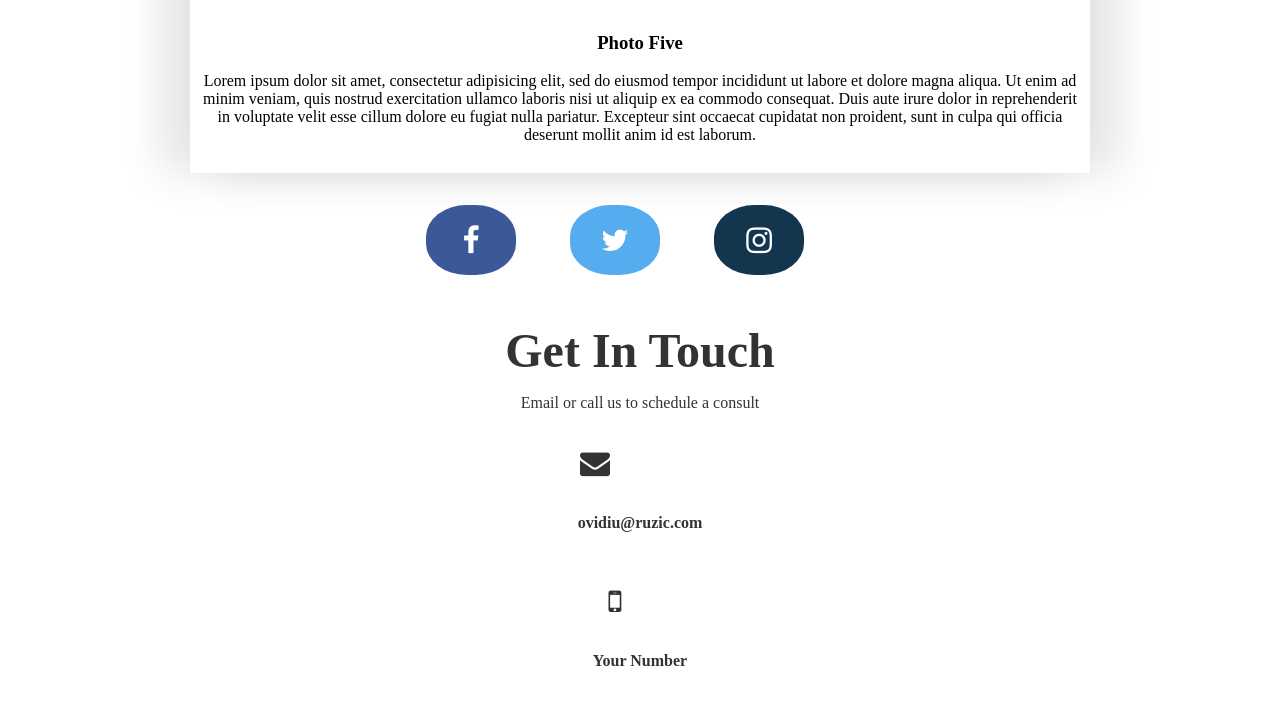
Repository: konstantin0s/mobile-photography
Page: index.html
These files come from the project's save history. The page is drawn as it stood at one moment and after the next save; the edit follows.
The browser window is 1280 px wide. The pictures show the part of the page from y = 4062 to 4788 px (the page is 4788 px tall).

Above is the page before, as saved 2019-05-11 15:06:59.

### index.html
<!DOCTYPE html>
<html lang="en" dir="ltr">
  <head>
    <meta charset="utf-8">
    <meta name="viewport" content="width=device-width, initial-scale=1.0">
    <meta http-equiv="X-UA-Compatible" content="ie=edge">
    <link rel="stylesheet" href="https://cdnjs.cloudflare.com/ajax/libs/font-awesome/4.7.0/css/font-awesome.min.css">
    <link rel="stylesheet" href="css/style.css">

    <title>Mobile Photography</title>
  </head>
  <body>
<main>
  <div id="landing" class="">
    <div id="landing-text" class="">
      <div id="landing-text-inner" class="">
       <img id="logo" src="img/logos.png" />
       <h1>Photography</h1>
        <a href="#images" class="btn" id="view-work">
          View Work
        </a>
      </div>
    </div>
    <div id="landing-image" class="">

    </div>
  </div>

  <div id="images" class="">
<div id="header">
  <h2>Our Work</h2>
</div>
<img src="https://source.unsplash.com/1600x900/?nature,water" alt="">
<div class="caption">
  <h3>Photo One</h3>
  <p>
    Lorem ipsum dolor sit amet, consectetur adipisicing elit, sed do eiusmod tempor incididunt ut labore et dolore magna aliqua. Ut enim ad minim veniam, quis nostrud exercitation ullamco laboris nisi ut aliquip ex ea commodo consequat. Duis aute irure dolor in reprehenderit in voluptate velit esse cillum dolore eu fugiat nulla pariatur. Excepteur sint occaecat cupidatat non proident, sunt in culpa qui officia deserunt mollit anim id est laborum.

  </p>
</div>

<img src="https://source.unsplash.com/1600x900/?nature,clouds" alt="">
<div class="caption">
  <h3>Photo Two</h3>
  <p>
    Lorem ipsum dolor sit amet, consectetur adipisicing elit, sed do eiusmod tempor incididunt ut labore et dolore magna aliqua. Ut enim ad minim veniam, quis nostrud exercitation ullamco laboris nisi ut aliquip ex ea commodo consequat. Duis aute irure dolor in reprehenderit in voluptate velit esse cillum dolore eu fugiat nulla pariatur. Excepteur sint occaecat cupidatat non proident, sunt in culpa qui officia deserunt mollit anim id est laborum.

  </p>
</div>

<img src="https://source.unsplash.com/1600x900/?nature,animals" alt="">
<div class="caption">
  <h3>Photo Three</h3>
  <p>
    Lorem ipsum dolor sit amet, consectetur adipisicing elit, sed do eiusmod tempor incididunt ut labore et dolore magna aliqua. Ut enim ad minim veniam, quis nostrud exercitation ullamco laboris nisi ut aliquip ex ea commodo consequat. Duis aute irure dolor in reprehenderit in voluptate velit esse cillum dolore eu fugiat nulla pariatur. Excepteur sint occaecat cupidatat non proident, sunt in culpa qui officia deserunt mollit anim id est laborum.

  </p>
</div>

<img src="https://source.unsplash.com/1600x900/?nature,trees" alt="">
<div class="caption">
  <h3>Photo Four/h3>
  <p>
    Lorem ipsum dolor sit amet, consectetur adipisicing elit, sed do eiusmod tempor incididunt ut labore et dolore magna aliqua. Ut enim ad minim veniam, quis nostrud exercitation ullamco laboris nisi ut aliquip ex ea commodo consequat. Duis aute irure dolor in reprehenderit in voluptate velit esse cillum dolore eu fugiat nulla pariatur. Excepteur sint occaecat cupidatat non proident, sunt in culpa qui officia deserunt mollit anim id est laborum.

  </p>
</div>

<img src="https://source.unsplash.com/1600x900/?nature,flowers" alt="">
<div class="caption">
  <h3>Photo Five</h3>
  <p>
    Lorem ipsum dolor sit amet, consectetur adipisicing elit, sed do eiusmod tempor incididunt ut labore et dolore magna aliqua. Ut enim ad minim veniam, quis nostrud exercitation ullamco laboris nisi ut aliquip ex ea commodo consequat. Duis aute irure dolor in reprehenderit in voluptate velit esse cillum dolore eu fugiat nulla pariatur. Excepteur sint occaecat cupidatat non proident, sunt in culpa qui officia deserunt mollit anim id est laborum.

  </p>
</div>

  </div>

</main>

<footer>
    <a href="#" class="fa fa-facebook"></a>
    <a href="#" class="fa fa-twitter"></a>
    <a href="#" class="fa fa-instagram"></a>

  <h3>Get In Touch</h3>
  <p>Email or call us to schedule a consult</p>
 <div class="container">
    <i class="fa fa-envelope fa-5x" aria-hidden="true"></i
      ><p><strong>ovidiu@ruzic.com</strong>
    </p> <br />
    <i class="fa fa-mobile fa-5x" aria-hidden="true"></i>
     <p> <strong>Your Number</strong></p>
 </div>
</footer>
<script
src="https://code.jquery.com/jquery-3.3.1.min.js"
integrity="sha256-FgpCb/KJQlLNfOu91ta32o/NMZxltwRo8QtmkMRdAu8="
crossorigin="anonymous"></script>
<script type="text/javascript" src="js/main.js">

</script>
  </body>
</html>

### css/style.css
import url('https://fonts.googleapis.com/css?family=Open+Sans');

body {
  font-family: 'Open Sans', sans-serif;
  margin: 0;
  background-color: #eee;
  height: auto;
}

h1{
  font-weight: 400;
  font-size: 2.5rem;
  text-transform: uppercase;
  margin: 0;
  border-bottom: 1px solid black;
  top: -90px;
  position: relative;
}

h2 {
  font-weight: 400;
  font-size: 1.2rem;
  text-transform: capitalize;
  margin: 0;
}

img {
  display: block;
  width: 100%;
}

#logo {
  top: -80px;
  position: relative;
}

main {
  max-width: 900px;
  margin: auto;
  box-shadow: 30px 0px 40px rgba(0,0,0,0.1), -30px 0px 40px rgba(0,0,0,0.1);
}

#landing {
  background: #fff;
  }

#landing-text {
display: flex;
flex: 0 1 40vw;
height: 50vh;
justify-content: center;
align-items: center;
text-align: center;
padding-right: 1rem;
padding-left: 1rem;
}

#landing-text h2 {
  color: #888;
}
.btn {
  padding: 0.5rem 2rem;
  border: 1px #ccc solid;
  display: inline-block;
  margin: 2rem 0 0;
  border-radius: 50px;
  text-decoration: none;
  color: #333;
  transition: background 500ms ease;
}

#landing-image {
  background: url(https://source.unsplash.com/De8wMYoSSBc);
  background-position: center;
  background-size: cover;
  background-repeat: no-repeat;
  height: 50vh;
  flex: 0 1 60vw;
  margin: 0;
}

.btn:hover {
  background: #f4f4f4;
}

#header {
  padding: 1.5rem;
  text-align: center;
  background: #333;
  color: #fff;
}

#header h2 {
  border-left: dotted 1px #fff;
  border-right: dotted 1px #fff;
display: inline-block;
padding-right: 1rem;
padding-left: 1rem;
}

.caption {
  padding: 0.8rem;
  text-align: center;
}

footer {
  text-align: center;
  padding: 2rem 1rem;
  margin: auto;
  color: #333;
}

footer h3 {
  font-size: 3rem;
  margin-bottom: 0;
}

.fa {
  padding: 20px;
  margin-right: 50px;
  font-size: 30px;
  width: 50px;
  text-align: center;
  text-decoration: none;
  border-radius: 45%;
}

/* Add a hover effect if you want */
.fa:hover {
  opacity: 0.7;
}

/* Set a specific color for each brand */

/* Facebook */
.fa-facebook {
  background: #3B5998;
  color: white;
}

/* Twitter */
.fa-twitter {
  background: #55ACEE;
  color: white;
}

/* Instagram */
.fa-instagram {
  background: rgb(19, 53, 78);
  color: white;
}

/* Email & Phone*/

.fa-envelope {
  position: relative;
  left:-20px;
  height: 30px;
}

.fa-mobile {

}

.container {
  display: flex;
 flex-direction: column;
 justify-content: space-evenly;
 align-items: center;
}

/* Screen size 500px and up*/
@media(min-width: 500px) {
  #landing {
    display: flex;
    height: 100%;
  }
  #landing-text {
    height: 100vh;
  }
  #landing-image {
    height: 100vh;
  }
}

/* Screen size 700px and up*/
@media(min-width: 700px) {
  .btn {
    padding: 1rem 3rem;
  }
}

/* Screen size 700px and up*/
@media(max-width: 500px) {
  .btn {
    padding: 1rem 3rem;
  }


  #logo {
    display: flex;
    width: 200px;
    height: 150px;
    flex-direction: column;
    top: -30px;
    position: relative;
  }

  h1 {

    flex-direction: column;
    top: -20px;
  font-size: 28px;
  border-bottom: 1px solid black;
  }
}

### js/main.js
//animate smooth scroll
$('#view-work').on('click', function() {
  const images = $('#images').position().top;

  $('html, body').animate({
    scrollTop: images
  }, 900)
});

After the next save:
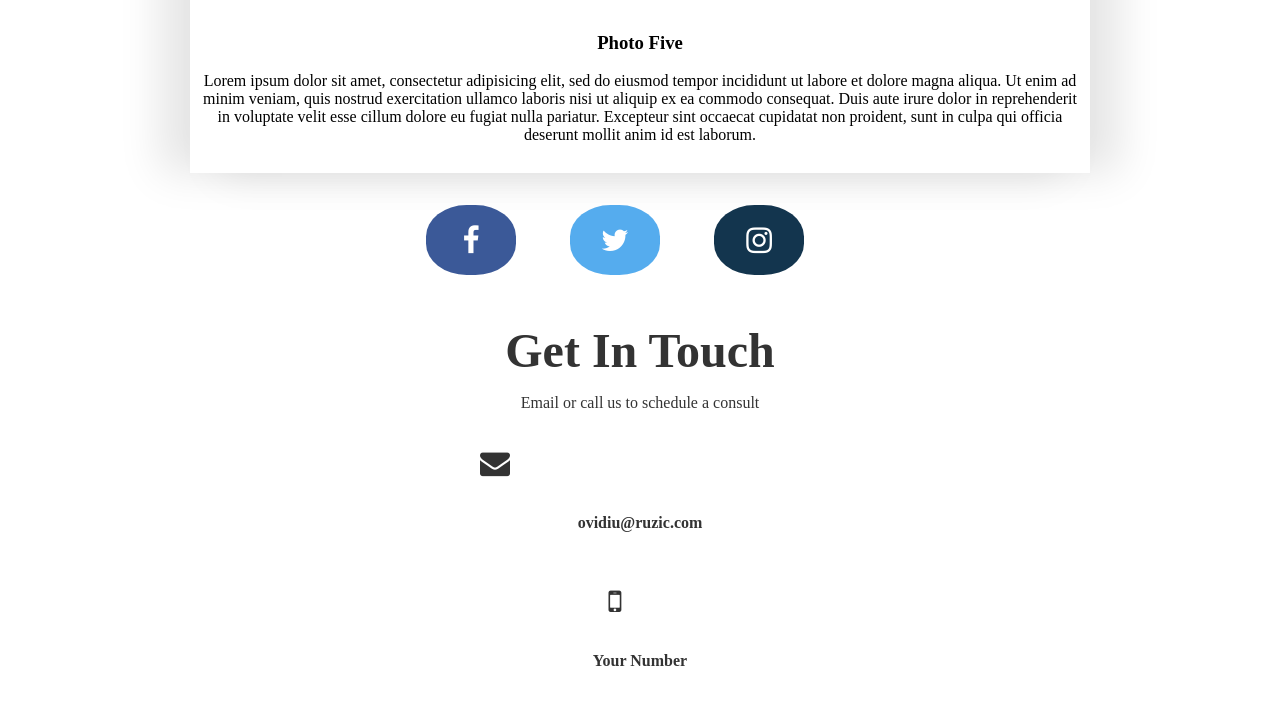
Saved 4 s later.
--- a/css/style.css
+++ b/css/style.css
@@ -154,7 +154,7 @@ footer h3 {
 
 .fa-envelope {
   position: relative;
-  left:-20px;
+  left:-120px;
   height: 30px;
 }
 
